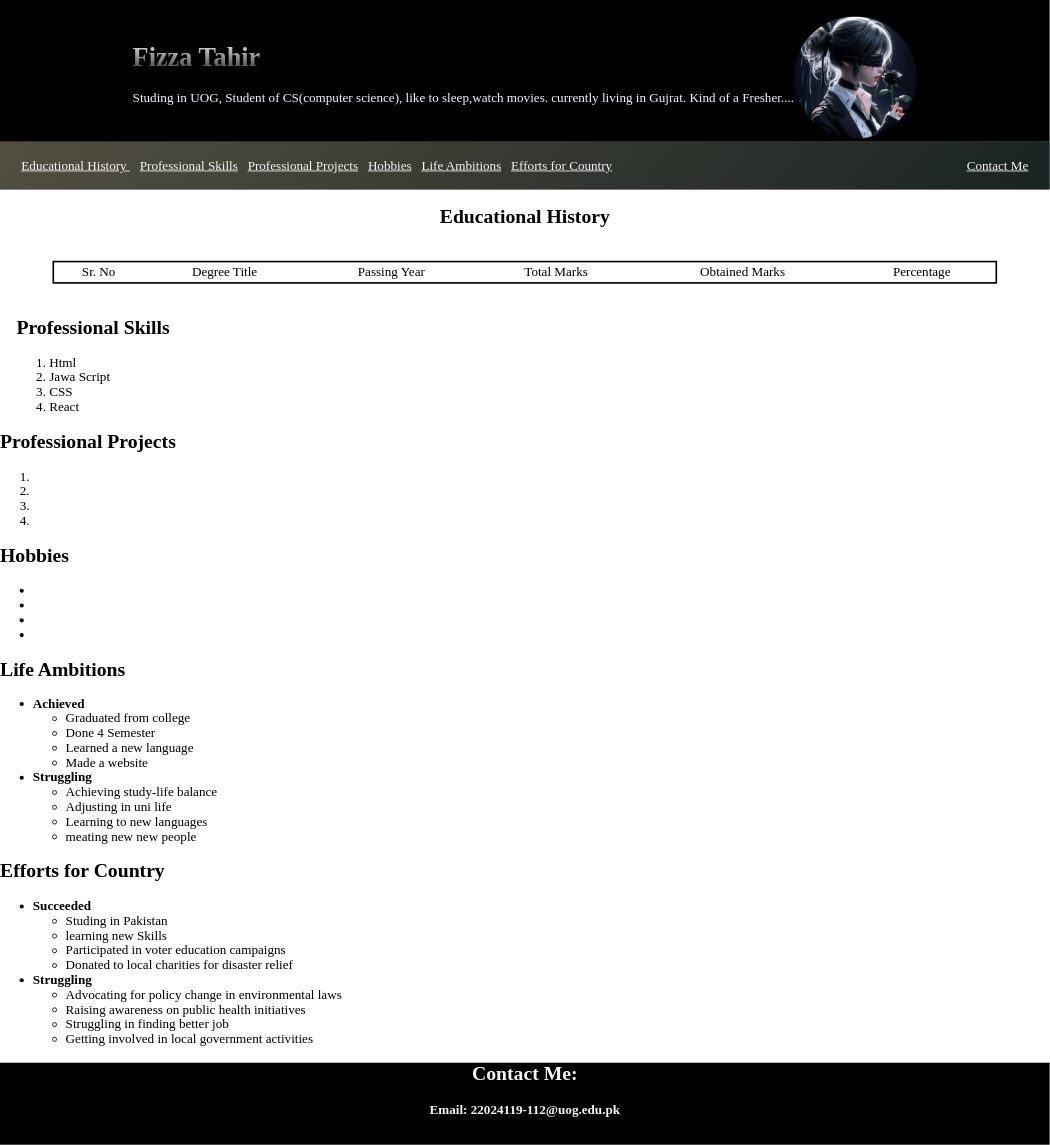
Repository: Fizza-112/project
Page: /
These files come from the project's save history. The page is drawn as it stood at one moment and after the next save; the edit follows.
The browser window is 1280 px wide. The pictures show the whole page, at 82% of full size.
The project was rebuilt for these pictures with package versions that can differ from the ones it lists, and the page was loaded fresh each time. Also part of the build but not shown: vite.config.ts.

Above is the page before, as saved 2024-09-16 10:01:20.

After the next save:
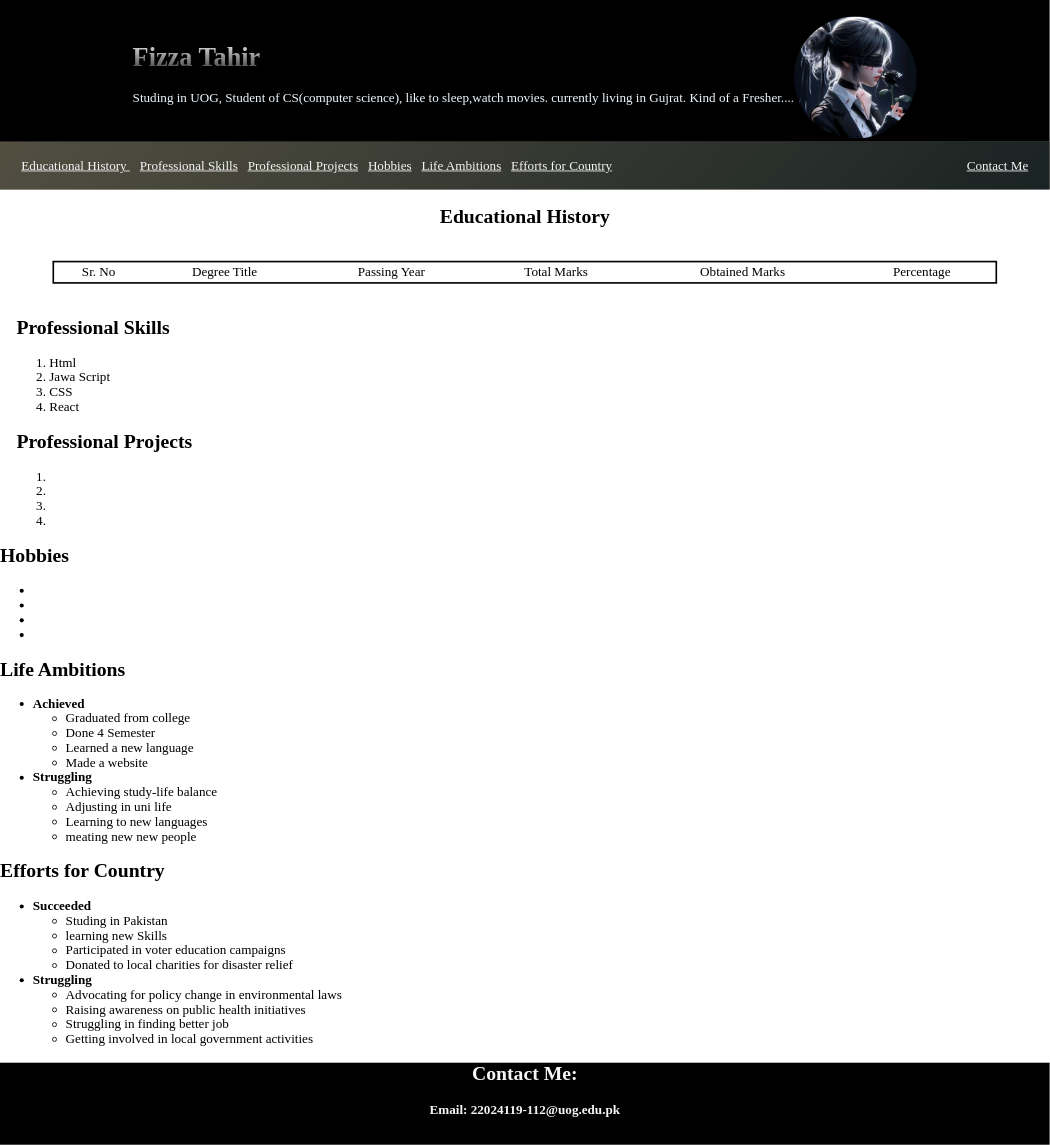
Saved 15 s later.
--- a/src/App.css
+++ b/src/App.css
@@ -64,7 +64,7 @@ table{
 #ProfessionalSkills{
   margin-left: 20px;
 }
-#{
+#ProfessionalProjects{
   margin-left: 20px;
 }
 #ProfessionalSkills{
